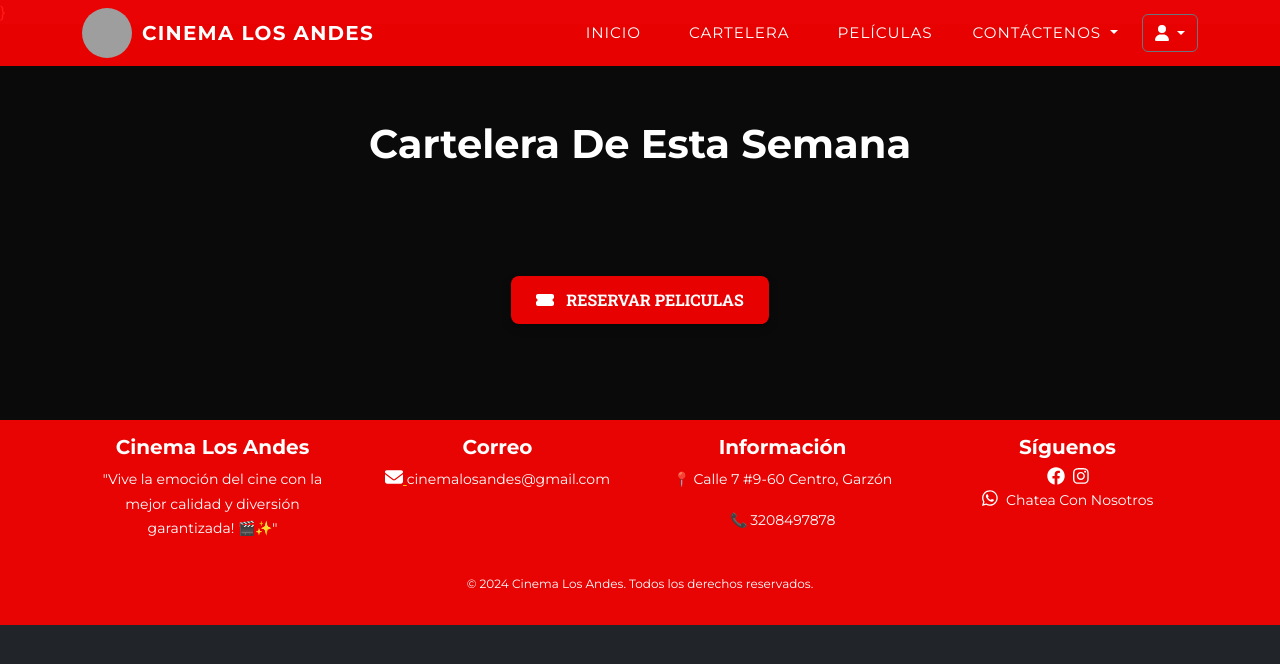
Repository: FelipeADSO/PROYECTO-SENA-FINAL
Page: cinema/templates/cartelera.html
These files come from the project's save history. The page is drawn as it stood at one moment and after the next save; the edit follows.
The browser window is 1280 px wide. The pictures show the whole page.
Pictures or frames that could not be fetched are drawn as grey boxes. Some web libraries are served in a nearby version. The template is drawn by Django 5.2. The application's start-up code is not run. Other server files are loaded and not shown. The template is opened directly, without the code that normally fills it, so the values that code supplies are empty.

Above is the page before, as saved 2025-03-06 07:24:09.

### cinema/templates/cartelera.html
{% extends 'base.html' %}
{% load static %}

{% block style %}
<link href="{% static 'css/style.css' %}" rel="stylesheet"/>}
<style>
  /* Estilos del cuerpo de las modales */
  .modal-body {
    text-align: center;
  }

  .close-modal {
    position: absolute;
    top: 15px;
    right: 15px;
    cursor: pointer;
}
  .modal-body h2 {
    font-size: 24px;
    font-weight: bold;
    margin-bottom: 10px;
  }

  .modal-body p {
    font-size: 16px;
    color: #333;
  }

  .modal-body iframe {
    width: 100%;
    max-width: 560px;
    height: 315px;
    margin-bottom: 15px;
  }

  /* Estilos del botón de reservar */
  .btn-reservar {
    display: inline-block;
    background: #dc3545;
    color: white;
    font-size: 16px;
    font-weight: bold;
    padding: 12px 25px;
    border: none;
    border-radius: 8px;
    text-transform: uppercase;
    transition: all 0.3s ease-in-out;
    text-decoration: none;
    box-shadow: 0px 4px 8px rgba(0, 0, 0, 0.3);
    margin-top: 20px;
  }

  .btn-reservar:hover {
    background: #bb2d3b;
    transform: scale(1.05);
  }

  /* Icono dentro del botón */
  .btn-reservar i {
    font-size: 16px;
  }
  .descripcion-pelicula {
  text-align: justify;
  }
</style>
{% endblock %}

{% block content %}

  {% for pelicula in peliculas %}
  <div class="portfolio-modal modal fade" id="portfolioModal{{ pelicula.id }}" tabindex="-1" role="dialog" aria-hidden="true">
    <div class="modal-dialog">
        <div class="modal-content">
            <div class="close-modal" data-bs-dismiss="modal">
                <img src="{% static 'assets/img/close-icon.svg' %}" alt="Close modal" />
                <!-- O también puedes usar el icono de FontAwesome aquí si prefieres -->
                <i class="fas fa-xmark"></i>
            </div>
            <div class="container">
                <div class="row justify-content-center">
                    <div class="col-lg-8">
                        <div class="modal-body">
                            <h2 style="color: #000;">{{ pelicula.titulo }}</h2>
                            <p class="item-intro text-muted"></p>
                            <iframe class="d-block mx-auto" width="560" height="315" src="{{ pelicula.trailer_url }}" title="YouTube video player" frameborder="0" allow="accelerometer; autoplay; clipboard-write; encrypted-media; gyroscope; picture-in-picture; web-share" referrerpolicy="strict-origin-when-cross-origin" allowfullscreen></iframe>
                            <p class="descripcion-pelicula" style="color: #000;">{{ pelicula.descripcion }}</p>
                            <p style="color: #000; font-weight: bold;">Horario: {{ pelicula.horario }}</p>
                            <ul class="list-inline">
                                <div class="con" style="display: flex; flex-direction: row; justify-content: center; color: #000;">
                                {% for i in "12345" %}
                                    {% if forloop.counter <= pelicula.calificacion %}
                                    <li><i class="fa fa-star check"></i></li>
                                    {% else %}
                                    <li><i class="fa fa-star"></i></li>
                                    {% endif %}
                                {% endfor %}
                                </div>
                                <li>
                                    <strong style="color: #000;">Categoria: {{ pelicula.categoria }}</strong>
                                </li>
                            </ul>
                            <button class="btn btn-danger btn-xl text-uppercase" data-bs-dismiss="modal" type="button">
                                <i class="fas fa-xmark me-1"></i>
                                Cerrar
                            </button>
                        </div>
                    </div>
                </div>
            </div>
        </div>
    </div>
</div>
{% endfor %}


  <section class="page-section" style="background-color: rgb(10, 10, 10);" id="portfolio">
      <div class="container">
          <div class="text-center">
              <h2 class="section-heading" style="color: #fff;">Cartelera De Esta Semana</h2>
              <h3 class="section-subheading text-muted"></h3>
          </div>
          <div class="row">
              {% for pelicula in peliculas %}
              <div class="parra col-lg-4 col-sm-6 mb-4">
                  <div class="portfolio-item">
                      <a class="portfolio-link" data-bs-toggle="modal" href="#portfolioModal{{ pelicula.id }}">
                          <div class="portfolio-hover" style="background-color: rgba(255, 0, 0, 0.9);">
                              <div class="portfolio-hover-content"><i class="fas fa-plus fa-3x"></i></div>
                          </div>
                          <img class="img-fluid" src="{{ pelicula.imagen.url }}" alt="{{ pelicula.titulo }}"/>
                      </a>
                      <div class="portfolio-caption">
                          <div class="portfolio-caption-heading" style="color: #000">{{ pelicula.titulo }}</div>
                      </div>
                  </div>
              </div>
              {% endfor %}
          </div>
      </div>
        <div class="container text-center mt-4" >
        <a href="{% url 'reserva' %}" style="background-color:  rgba(255, 0, 0, 0.9);" class="btn btn-reservar">
            <i  class="fas fa-ticket-alt me-2"></i> Reservar Peliculas
        </a>
        </div>
  </section>

  <!-- Botón de Reservar centrado -->


  <script src="https://cdn.jsdelivr.net/npm/bootstrap@5.2.3/dist/js/bootstrap.bundle.min.js"></script>
  <script src="js/scripts.js"></script>
  <script src="https://cdn.startbootstrap.com/sb-forms-latest.js"></script>
  <script src="https://use.fontawesome.com/releases/v6.3.0/js/all.js" crossorigin="anonymous"></script>
{% endblock %}

### cinema/templates/base.html
{% load static %}
<!DOCTYPE html>
<html lang="en">
<head>
    <meta charset="utf-8" />
    <meta name="viewport" content="width=device-width, initial-scale=1, shrink-to-fit=no" />
    <meta name="description" content="" />
    <meta name="author" content="" />
    <title>Cinema Los Andes</title>

    <link rel="shortcut icon" type="image/x-icon" href="{% static '/static/imagenes/Logo.jpeg' %}">
    <link href="https://cdn.jsdelivr.net/npm/bootstrap@5.2.3/dist/css/bootstrap.min.css" rel="stylesheet">
    <link href="https://fonts.googleapis.com/css?family=Montserrat:400,700" rel="stylesheet" type="text/css" />
    <link href="https://fonts.googleapis.com/css?family=Roboto+Slab:400,100,300,700" rel="stylesheet" type="text/css" />
    <link href="https://cdnjs.cloudflare.com/ajax/libs/font-awesome/6.0.0/css/all.min.css" rel="stylesheet">

    <link href="{% static 'css/style.css' %}" rel="stylesheet"/>
    <style>
        .dropdown-menu {
    background-color: red !important; /* Fondo rojo */
}

.dropdown-menu .dropdown-item {
    color: white !important; /* Texto en blanco */
}

.dropdown-menu .dropdown-item:hover {
    background-color: darkred !important; /* Color más oscuro al pasar el mouse */
}
    </style>
    {% block style %} {% endblock %}
</head>

<body class="bg-dark text-white d-flex flex-column min-vh-100">

    <!-- MENÚ NAVBAR REDUCIDO -->
    <nav class="navbar navbar-expand-lg navbar-dark fixed-top" id="mainNav"
    style="background-color: rgba(255, 0, 0, 0.9); font-size: 11px; padding: 8px 0;">
    <div class="container d-flex align-items-center justify-content-between">
        <div class="d-flex align-items-center">
            <a href="{% url 'inicio' %}">
                <img src="{% static 'imagenes/logo.jpeg' %}" alt="Logo"
                    style="width: 50px; height: 50px; margin-right: 10px; border-radius: 50px;">
            </a>
            <a class="navbar-brand fw-bold text-white" style="font-size: 20px;" href="{% url 'inicio' %}">
                Cinema Los Andes
            </a>
        </div>

        <button class="navbar-toggler" type="button" data-bs-toggle="collapse" data-bs-target="#navbarResponsive"
            aria-controls="navbarResponsive" aria-expanded="false" aria-label="Toggle navigation">
            <i class="fas fa-bars ms-1"></i>
        </button>

        <div class="collapse navbar-collapse" id="navbarResponsive">
            <ul class="navbar-nav ms-auto text-uppercase align-items-center">
                <li class="nav-item"><a class="nav-link px-3" href="{% url 'inicio' %}">Inicio</a></li>
                <li class="nav-item"><a class="nav-link px-3" href="{% url 'cartelera' %}">Cartelera</a></li>
                <li class="nav-item"><a class="nav-link px-3" href="{% url 'peliculas' %}">Películas</a></li>

                <!-- Menú Desplegable -->
                <li class="nav-item dropdown">
                    <a class="nav-link dropdown-toggle" href="#" id="dropdownMenuButton" role="button"
                       data-bs-toggle="dropdown" aria-expanded="false">
                        Contáctenos
                    </a>
                    <ul class="dropdown-menu" aria-labelledby="dropdownMenuButton">
                        <li><a class="dropdown-item" href="{% url 'somos' %}">Quienes Somos</a></li>
                        <li><a class="dropdown-item" href="{% url 'contactenos' %}">Contáctenos</a></li>
                    </ul>
                </li>

                {% if user.is_authenticated %}
                    <li class="nav-item d-flex align-items-center">
                        <span class="alert mb-0 text-white px-2 py-1 rounded" style="font-size: 14px; line-height: 1.5;">
                            ¡Bienvenido, {{ user.username }}!
                        </span>
                    </li>
                    {% with total_items=request.user.carritoitem_set.count %}
                    {% if total_items > 0 %}
                    <li class="nav-item me-3">
                        <a href="{% url 'ver_carrito' %}" class="nav-link position-relative">
                            <i class="fa-solid fa-cart-shopping"></i>
                            <span class="badge bg-danger position-absolute top-0 start-100 translate-middle">{{ total_items }}</span>
                        </a>
                    </li>
                    {% endif %}
                    {% endwith %}
                {% endif %}
            </ul>
        </div>

        <div class="dropdown ms-3">
            <a class="btn btn-outline-secondary dropdown-toggle text-white" href="#" role="button"
                id="userDropdown" data-bs-toggle="dropdown" aria-expanded="false">
                <i class="fa-solid fa-user"></i>
            </a>
            <ul class="dropdown-menu dropdown-menu-end" aria-labelledby="userDropdown">
                {% if not user.is_authenticated %}
                    <li><a class="dropdown-item" href="{% url 'login' %}">Iniciar sesión</a></li>
                    <li><a class="dropdown-item" href="{% url 'register' %}">Registrarse</a></li>
                {% else %}
                    <li><a class="dropdown-item" href="{% url 'perfil' %}">Perfil de Usuario</a></li>
                    <li>
                        <form method="post" action="{% url 'logout' %}" class="d-inline">
                            {% csrf_token %}
                            <button type="submit" class="dropdown-item">Cerrar Sesión</button>
                        </form>
                    </li>
                {% endif %}
            </ul>
        </div>
    </div>
</nav>


    <!-- CONTENIDO -->
    {% block content %}
    <div class="container my-auto">
        <!-- Aquí va el contenido de cada página -->
    </div>
    {% endblock %}

    <!-- FOOTER REDUCIDO -->
    <footer class="footer text-center"
        style="background-color: rgba(255, 0, 0, 0.9); font-size: 14px; padding: 15px 0;">
        <div class="container">
            <div class="row">
                <div class="col-md-3">
                    <h5 class="text-white">Cinema Los Andes</h5>
                    <p>"Vive la emoción del cine con la mejor calidad y diversión garantizada! 🎬✨"</p>
                </div>
                <div class="col-md-3">
                    <h5 class="text-white">Correo</h5>
                    <p class="text-white"><a href="mailto:contacto@cinemalosandes.com">
                        <i class="fas fa-envelope" style="color: #fff; font-size: 18px;"></i>
                    </a> cinemalosandes@gmail.com</p>
                </div>
                <div class="col-md-3">
                    <h5 class="text-white">Información</h5>
                    <p class="text-white">📍 Calle 7 #9-60 Centro, Garzón</p>
                    <p class="text-white">📞 3208497878</p>
                </div>
                <div class="col-md-3">
                    <h5 class="text-white">Síguenos</h5>
                    <div class="d-flex justify-content-center gap-2">
                        <a href="https://facebook.com/cinemalosandes" target="_blank">
                            <i class="fab fa-facebook" style="color: #fff; font-size: 18px;"></i>
                        </a>

                        <a href="https://instagram.com/cinemalosandes" target="_blank">
                            <i class="fab fa-instagram" style="color: #fff; font-size: 18px;"></i>
                        </a>
                    </div>
                    <a href="https://wa.me/573208497878" target="_blank"
                        style="color: #fff; text-decoration: none; font-size: 14px;">
                        <i class="fab fa-whatsapp" style="color: #fff; font-size: 18px; margin-right: 5px;"></i> Chatea Con Nosotros
                    </a>
                </div>
            </div>
            <p class="text-white mt-3" style="font-size: 12px;">
                &copy; 2024 Cinema Los Andes. Todos los derechos reservados.
            </p>
        </div>
    </footer>

    <!-- SCRIPTS -->
    <script src="https://kit.fontawesome.com/a076d05399.js" crossorigin="anonymous"></script>
    <script src="https://cdn.jsdelivr.net/npm/bootstrap@5.3.0/dist/js/bootstrap.bundle.min.js"></script>
    <script src="https://cdn.jsdelivr.net/npm/bootstrap@5.2.3/dist/js/bootstrap.bundle.min.js"></script>
    <script src="{% static 'js/scripts.js' %}"></script>
    <script src="https://cdn.startbootstrap.com/sb-forms-latest.js"></script>

</body>
</html>

### cinema/static/js/scripts.js

window.addEventListener('DOMContentLoaded', event => {

    // Navbar shrink function
    var navbarShrink = function () {
        const navbarCollapsible = document.body.querySelector('#mainNav');
        if (!navbarCollapsible) {
            return;
        }
        if (window.scrollY === 0) {
            navbarCollapsible.classList.remove('navbar-shrink')
        } else {
            navbarCollapsible.classList.add('navbar-shrink')
        }

    };

    // Shrink the navbar
    navbarShrink();

    // Shrink the navbar when page is scrolled
    document.addEventListener('scroll', navbarShrink);

    //  Activate Bootstrap scrollspy on the main nav element
    const mainNav = document.body.querySelector('#mainNav');
    if (mainNav) {
        new bootstrap.ScrollSpy(document.body, {
            target: '#mainNav',
            rootMargin: '0px 0px -40%',
        });
    };

    // Collapse responsive navbar when toggler is visible
    const navbarToggler = document.body.querySelector('.navbar-toggler');
    const responsiveNavItems = [].slice.call(
        document.querySelectorAll('#navbarResponsive .nav-link')
    );
    responsiveNavItems.map(function (responsiveNavItem) {
        responsiveNavItem.addEventListener('click', () => {
            if (window.getComputedStyle(navbarToggler).display !== 'none') {
                navbarToggler.click();
            }
        });
    });

});

Loaded but not shown: cinema/static/css/style.css (library)

After the next save:
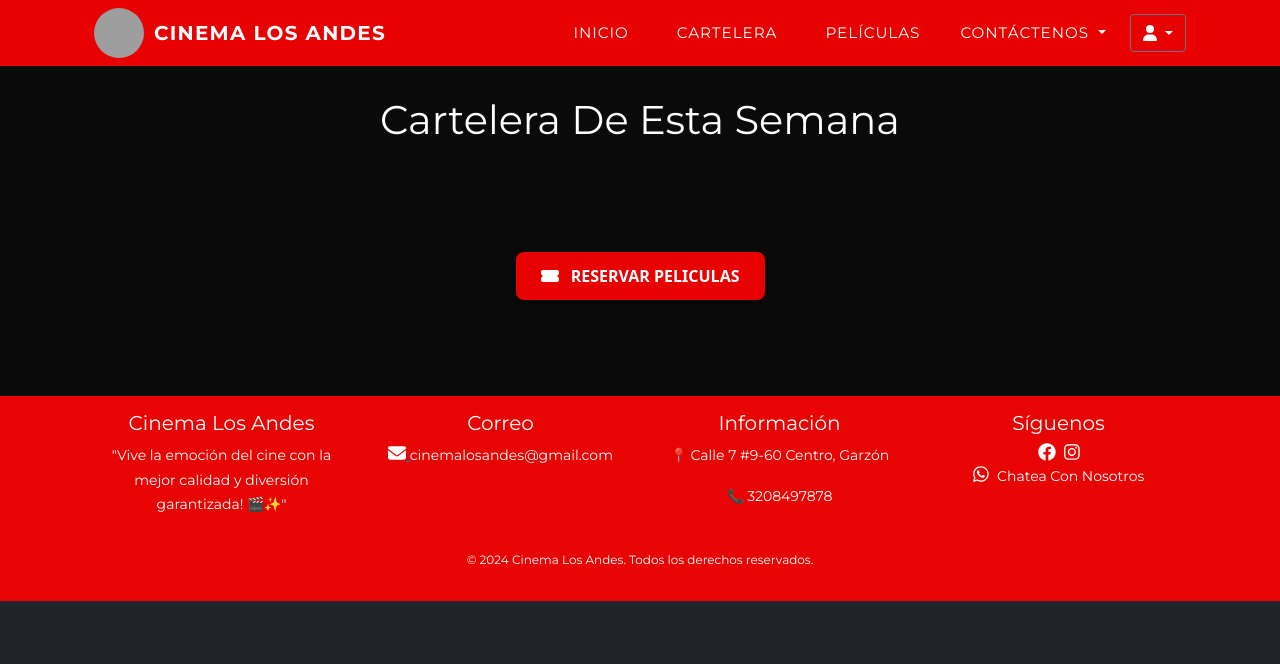
Saved 4 s later.
--- a/cinema/templates/cartelera.html
+++ b/cinema/templates/cartelera.html
@@ -2,7 +2,8 @@
 {% load static %}
 
 {% block style %}
-<link href="{% static 'css/style.css' %}" rel="stylesheet"/>}
+<link href="{% static 'css/style.css' %}" rel="stylesheet"/>
+<link href="https://stackpath.bootstrapcdn.com/bootstrap/5.1.0/css/bootstrap.min.css" rel="stylesheet">
 <style>
   /* Estilos del cuerpo de las modales */
   .modal-body {
